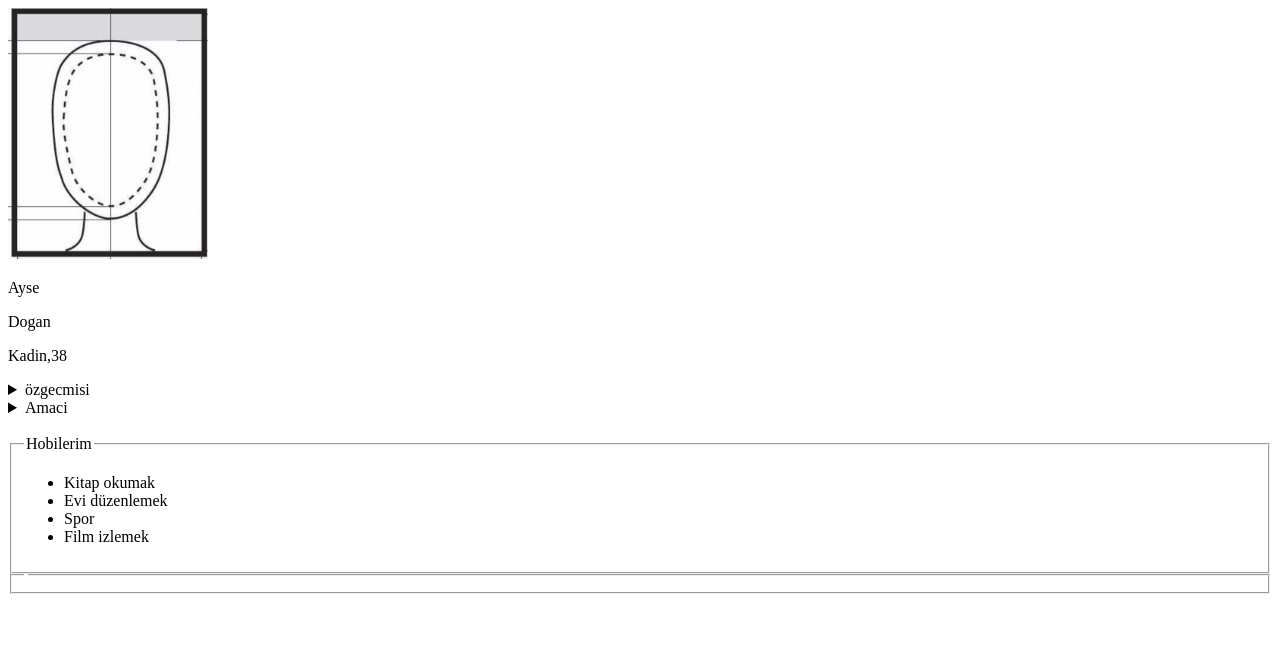
Repository: aysedo/html
Page: Week_2/profile/index.html
The author's editor kept a copy of each file at every save. The page is drawn from the files as they stood at one save, then again after the next save.
The browser window is 1280 px wide. The pictures show the whole page.

Above is the page before, as saved 2021-08-25 23:22:58.

### Week_2/profile/index.html
<!DOCTYPE html>
<html lang="en">
  <head>
    <meta charset="UTF-8" />
    <meta http-equiv="X-UA-Compatible" content="IE=edge" />
    <meta name="viewport" content="width=device-width, initial-scale=1.0" />
    <title>Profil ödevi</title>
  </head>
  </body>
    <img src="./ornek.png" width="200" alt="bos cerceve">
          <p> Ayse </p>
          <p> Dogan </p>
          <p> Kadin,38 </p>
          <details>
            <summary>özgecmisi</summary>
            <pre>
                  1996-1999  Oberstufe
                  1999-2001  Coiffeurfachschule
                  2001-2010  Sonova Ag
                  2011-2012  Belimo
                  2012       Coop Megastore Volkiland
                  2021       Coop to go oerlikon
            </pre>
          </details>
            <details>
            <summary> Amaci </summary>
            <pre>
              Bu kurs ile cok iyi bir programci olup, bir is bulmayi amacliyorum.<br/>
               IT alaninda programcilara cok ihtiyac olundugunu biliyorum hedefim kursu basariyla bitirmek.
            </pre>
            </details>
            <br/>
              <fieldset>
                <legend>Hobilerim</legend>
                <ul>
                  <li>Kitap okumak</li>
                  <li>Evi düzenlemek</li>
                  <li>Spor</li>
                  <li>Film izlemek</li>
                </ul>
              </fieldset>
              <fieldset>
                <legend> </legend>
              </fieldset>









  </body>
</html>

After the next save:
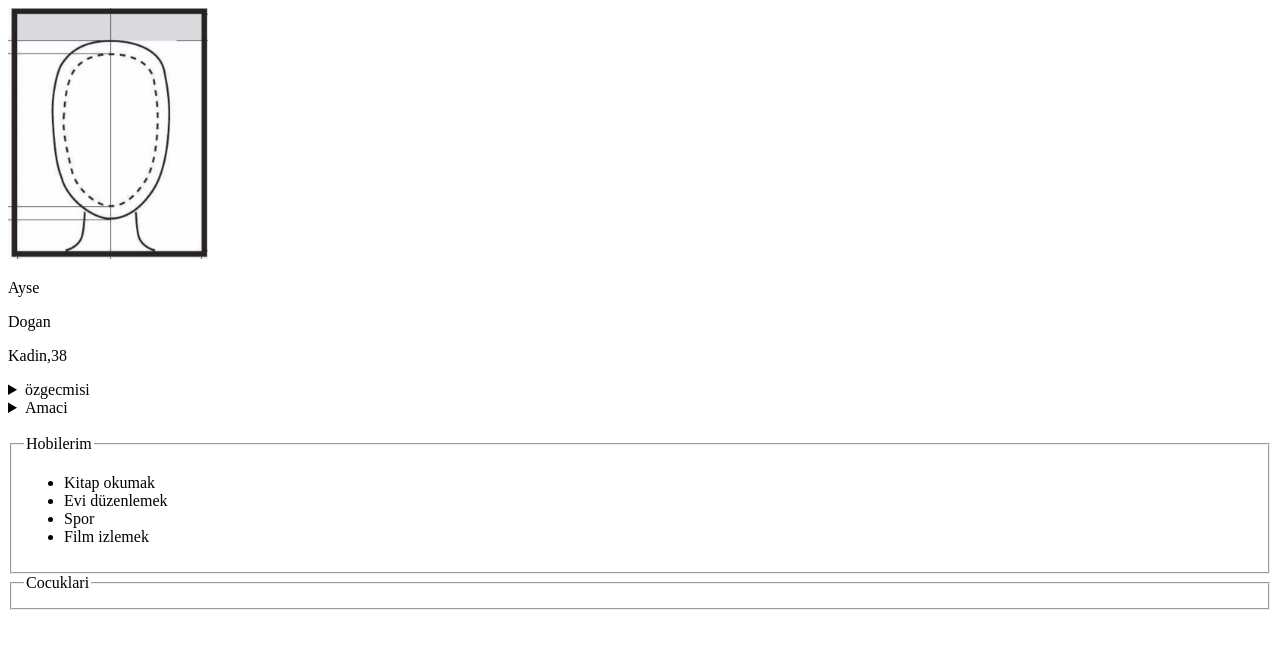
Saved 17 s later.
--- a/Week_2/profile/index.html
+++ b/Week_2/profile/index.html
@@ -40,7 +40,7 @@
                 </ul>
               </fieldset>
               <fieldset>
-                <legend> </legend>
+                <legend> Cocuklari</legend>
               </fieldset>
 
 
